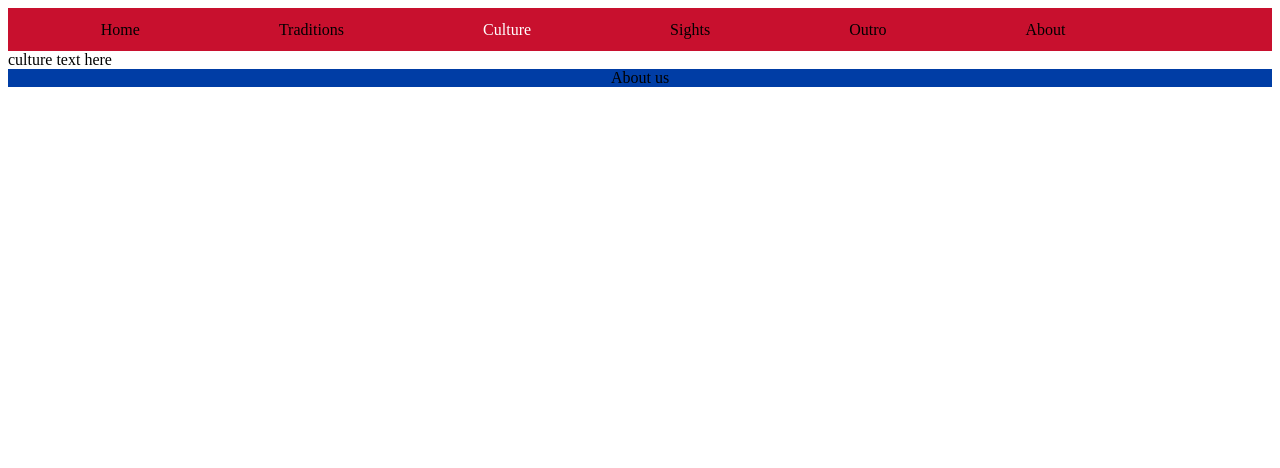
Repository: Cornman63/The-netherlands
Page: culture.html
These files come from the project's save history. The page is drawn as it stood at one moment and after the next save; the edit follows.
The browser window is 1280 px wide. The pictures show the whole page.

Above is the page before, as saved 2023-05-17 12:32:35.

### culture.html
<!DOCTYPE html>
<html lang="en">
<head>
    <meta charset="UTF-8">
    <meta http-equiv="X-UA-Compatible" content="IE=edge">
    <meta name="viewport" content="width=device-width, initial-scale=1.0">
    <link rel="stylesheet" href="style.css">
    <title>Visit the Netherlands</title>

</head>
<body>
    <div class="top">
        <div class="site"><a href="index.html" style="color: black" class="link">Home</a></div>
        <div class="site"><a href="traditions.html" style="color:black" class="link">Traditions</a></div>
        <div class="site"><a href="culture.html" style="color: white" class="link">Culture</a></div>
        <div class="site"><a href="sights.html" style="color:black" class="link">Sights</a></div>
        <div class="site"><a href="outro.html" style="color:black" class="link">Outro</a></div>
        <div class="site"><a href="about.html" style="color:black" class="link">About</a></div>
    </div>
    <div class="text">
        culture text here
    </div>
    <div class="bottom">
        About us
    </div>
</body>
</html>

### style.css
.top, .bottom {
    display: flex;
    flex-direction: row;
    justify-content: center;
    align-content:center;
    background-color:#C8102E;
}
.bottom{
    background-color: #003DA5;
}

.site {
    display: flex;
    border: 1%;
    margin: 1%;
    margin-right: 10%;
    align-content: center;
}
.link {
    text-decoration: none;
}

After the next save:
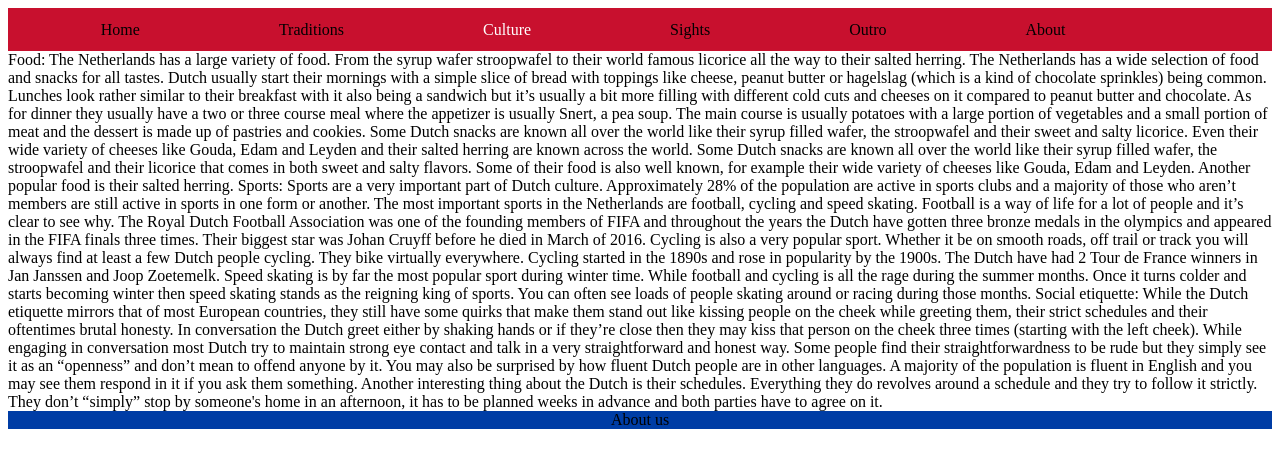
Saved 27 min 16 s later.
--- a/culture.html
+++ b/culture.html
@@ -18,7 +18,35 @@
         <div class="site"><a href="about.html" style="color:black" class="link">About</a></div>
     </div>
     <div class="text">
-        culture text here
+
+Food:
+
+The Netherlands has a large variety of food. From the syrup wafer stroopwafel to their world famous licorice all the way to their salted herring. The Netherlands has a wide selection of food and snacks for all tastes.
+
+Dutch usually start their mornings with a simple slice of bread with toppings like cheese, peanut butter or hagelslag (which is a kind of chocolate sprinkles) being common. Lunches look rather similar to their breakfast with it also being a sandwich but it’s usually a bit more filling with different cold cuts and cheeses on it compared to peanut butter and chocolate. As for dinner they usually have a two or three course meal where the appetizer is usually Snert, a pea soup. The main course is usually potatoes with a large portion of vegetables and a small portion of meat and the dessert is made up of pastries and cookies.
+
+Some Dutch snacks are known all over the world like their syrup filled wafer, the stroopwafel and their sweet and salty licorice. Even their wide variety of cheeses like Gouda, Edam and Leyden and their salted herring are known across the world.
+
+Some Dutch snacks are known all over the world like their syrup filled wafer, the stroopwafel and their licorice that comes in both sweet and salty flavors. Some of their food is also well known, for example their wide variety of cheeses like Gouda, Edam and Leyden. Another popular food is their salted herring.
+
+Sports:
+
+Sports are a very important part of Dutch culture. Approximately 28% of the population are active in sports clubs and a majority of those who aren’t members are still active in sports in one form or another. The most important sports in the Netherlands are football, cycling and speed skating.
+
+Football is a way of life for a lot of people and it’s clear to see why. The Royal Dutch Football Association was one of the founding members of FIFA and throughout the years the Dutch have gotten three bronze medals in the olympics and appeared in the FIFA finals three times. Their biggest star was Johan Cruyff before he died in March of 2016.
+
+Cycling is also a very popular sport. Whether it be on smooth roads, off trail or track you will always find at least a few Dutch people cycling. They bike virtually everywhere. Cycling started in the 1890s and rose in popularity by the 1900s. The Dutch have had 2 Tour de France winners in Jan Janssen and Joop Zoetemelk.
+
+Speed skating is by far the most popular sport during winter time. While football and cycling is all the rage during the summer months. Once it turns colder and starts becoming winter then speed skating stands as the reigning king of sports. You can often see loads of people skating around or racing during those months.
+
+Social etiquette:
+
+While the Dutch etiquette mirrors that of most European countries, they still have some quirks that make them stand out like kissing people on the cheek while greeting them, their strict schedules and their oftentimes brutal honesty.
+
+In conversation the Dutch greet either by shaking hands or if they’re close then they may kiss that person on the cheek three times (starting with the left cheek). While engaging in conversation most Dutch try to maintain strong eye contact and talk in a very straightforward and honest way. Some people find their straightforwardness to be rude but they simply see it as an “openness” and don’t mean to offend anyone by it. You may also be surprised by how fluent Dutch people are in other languages. A majority of the population is fluent in English and you may see them respond in it if you ask them something.
+
+Another interesting thing about the Dutch is their schedules. Everything they do revolves around a schedule and they try to follow it strictly. They don’t “simply” stop by someone's home in an afternoon, it has to be planned weeks in advance and both parties have to agree on it.
+
     </div>
     <div class="bottom">
         About us

After the save that followed:
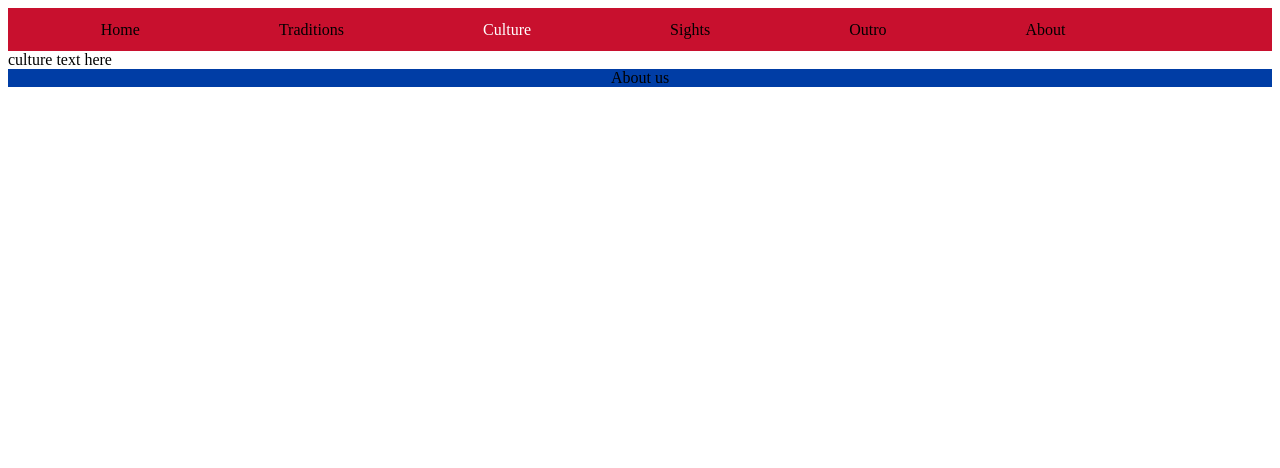
Saved 116 s later.
--- a/culture.html
+++ b/culture.html
@@ -18,35 +18,7 @@
         <div class="site"><a href="about.html" style="color:black" class="link">About</a></div>
     </div>
     <div class="text">
-
-Food:
-
-The Netherlands has a large variety of food. From the syrup wafer stroopwafel to their world famous licorice all the way to their salted herring. The Netherlands has a wide selection of food and snacks for all tastes.
-
-Dutch usually start their mornings with a simple slice of bread with toppings like cheese, peanut butter or hagelslag (which is a kind of chocolate sprinkles) being common. Lunches look rather similar to their breakfast with it also being a sandwich but it’s usually a bit more filling with different cold cuts and cheeses on it compared to peanut butter and chocolate. As for dinner they usually have a two or three course meal where the appetizer is usually Snert, a pea soup. The main course is usually potatoes with a large portion of vegetables and a small portion of meat and the dessert is made up of pastries and cookies.
-
-Some Dutch snacks are known all over the world like their syrup filled wafer, the stroopwafel and their sweet and salty licorice. Even their wide variety of cheeses like Gouda, Edam and Leyden and their salted herring are known across the world.
-
-Some Dutch snacks are known all over the world like their syrup filled wafer, the stroopwafel and their licorice that comes in both sweet and salty flavors. Some of their food is also well known, for example their wide variety of cheeses like Gouda, Edam and Leyden. Another popular food is their salted herring.
-
-Sports:
-
-Sports are a very important part of Dutch culture. Approximately 28% of the population are active in sports clubs and a majority of those who aren’t members are still active in sports in one form or another. The most important sports in the Netherlands are football, cycling and speed skating.
-
-Football is a way of life for a lot of people and it’s clear to see why. The Royal Dutch Football Association was one of the founding members of FIFA and throughout the years the Dutch have gotten three bronze medals in the olympics and appeared in the FIFA finals three times. Their biggest star was Johan Cruyff before he died in March of 2016.
-
-Cycling is also a very popular sport. Whether it be on smooth roads, off trail or track you will always find at least a few Dutch people cycling. They bike virtually everywhere. Cycling started in the 1890s and rose in popularity by the 1900s. The Dutch have had 2 Tour de France winners in Jan Janssen and Joop Zoetemelk.
-
-Speed skating is by far the most popular sport during winter time. While football and cycling is all the rage during the summer months. Once it turns colder and starts becoming winter then speed skating stands as the reigning king of sports. You can often see loads of people skating around or racing during those months.
-
-Social etiquette:
-
-While the Dutch etiquette mirrors that of most European countries, they still have some quirks that make them stand out like kissing people on the cheek while greeting them, their strict schedules and their oftentimes brutal honesty.
-
-In conversation the Dutch greet either by shaking hands or if they’re close then they may kiss that person on the cheek three times (starting with the left cheek). While engaging in conversation most Dutch try to maintain strong eye contact and talk in a very straightforward and honest way. Some people find their straightforwardness to be rude but they simply see it as an “openness” and don’t mean to offend anyone by it. You may also be surprised by how fluent Dutch people are in other languages. A majority of the population is fluent in English and you may see them respond in it if you ask them something.
-
-Another interesting thing about the Dutch is their schedules. Everything they do revolves around a schedule and they try to follow it strictly. They don’t “simply” stop by someone's home in an afternoon, it has to be planned weeks in advance and both parties have to agree on it.
-
+        culture text here
     </div>
     <div class="bottom">
         About us
